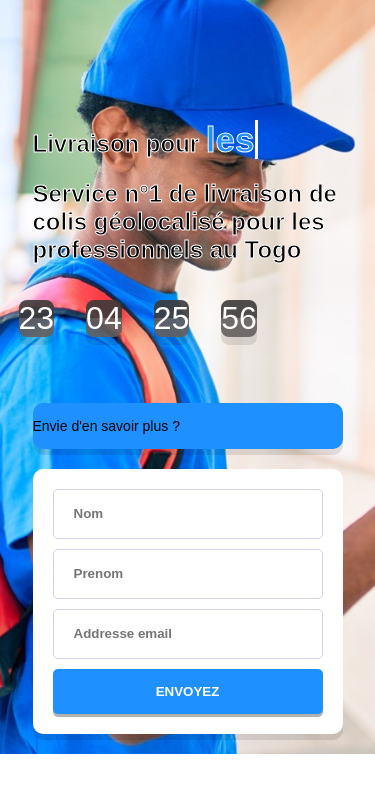
Repository: lawalalao/landpage
Page: index.html
These files come from the project's save history. The page is drawn as it stood at one moment and after the next save; the edit follows.
The browser window is 375 px wide. The pictures show the whole page.
Some web fonts or font styles are not loaded; a fallback is used.

Above is the page before, as saved 2021-01-15 15:51:22.
Console error: TypeError: Cannot read properties of null (reading 'addEventListener')

### index.html
<!DOCTYPE html>
<html lang="en">
<head>
    <meta charset="UTF-8">
    <meta name="viewport" content="width=device-width, initial-scale=1.0">
    <link rel="shortcut icon" type="image/x-icon" href="./assets/icone.png">

    <link href="./assets/fontawesome-free-5.15.1-web/css/all.css" rel="stylesheet">
    <link rel="preconnect" href="https://fonts.gstatic.com">
    <link href="https://fonts.googleapis.com/css2?family=Allerta+Stencil&display=swap" rel="stylesheet">
    <link rel="stylesheet" href="style.css">
    <!-- Primary Meta Tags -->
<title>chapchap.tg</title>
<meta name="title" content="chapchap.tg">
<meta name="description" content="Service n°1 de livraison de colis géolocalisé pour les professionnels au Togo.comingsoon">

<!-- Open Graph / Facebook -->
<meta property="og:type" content="website">
<meta property="og:url" content="https://metatags.io/">
<meta property="og:title" content="chapchap.tg">
<meta property="og:description" content="Service n°1 de livraison de colis géolocalisé pour les professionnels au Togo.comingsoon">
<meta property="og:image" content="https://metatags.io/assets/meta-tags-16a33a6a8531e519cc0936fbba0ad904e52d35f34a46c97a2c9f6f7dd7d336f2.png">

<!-- Twitter -->
<meta property="twitter:card" content="summary_large_image">
<meta property="twitter:url" content="https://metatags.io/">
<meta property="twitter:title" content="chapchap.tg">
<meta property="twitter:description" content="Service n°1 de livraison de colis géolocalisé pour les professionnels au Togo.comingsoon">
<meta property="twitter:image" content="https://metatags.io/assets/meta-tags-16a33a6a8531e519cc0936fbba0ad904e52d35f34a46c97a2c9f6f7dd7d336f2.png">
</head>
<body>

        <div class="nav" id="navbar">
            <nav class="navbar navbar-light bg-light">
            <a class="navbar-brand" href="#">
                <img src="./assets/logo.png" width="90" height="90" alt="logo" loading="lazy">
            </a>
            </nav>
            <div class="social">
                <a href="https://web.facebook.com/chapchap.tg" target="_blank" ><i class="fab fa-facebook-square"></i></a>
                <a href="https://www.instagram.com/chapchap_tg/" target="_blank"><i class="fab fa-instagram-square"></i></a>
                <a href="https://twitter.com/chapchap_tg" target="_blank"><i class="fab fa-twitter-square"></i></a>
                <a href="https://www.linkedin.com/company/chapchap-tg" target="_blank" ><i class="fab fa-linkedin"></i></a>
            </div>
        </div>

    <section class="signup">
        <div class="signup-intro">
            <h1 class="z">Livraison pour
                <span class="txt-type" data-wait="500" data-words='["les colis", "les plis", "les marchandises", "le retail", "le dernier Kilometre"]'></span>
            </h1>
            <h1 class="x">Service n°1 de livraison de colis géolocalisé pour les professionnels au Togo</h1>
             <div class="countdown"></div>

        </div>

        <div class="signup-form">
            <div class="tryit-banner">
                <p>Envie d'en savoir plus ? </p>
            </div>

            <form action="https://formspree.io/f/xleollba" method="POST"">
                <input type="text" name="name" placeholder="Nom">
                <input type="text" name="name" placeholder="Prenom">
                <input type="email" name="_replyto"placeholder="Addresse email" required>

                <button class="button">Envoyez</button>

            </form>
        </div>
    </section>
</body>
<script src="./app.js"></script>
<script>  var prevScrollpos = window.pageYOffset;
      window.onscroll = function() {

      var currentScrollpos = window.pageYOffset;
      if(prevScrollpos > currentScrollpos) {
            document.getElementById("navbar").style.top = "0";
      } else {
            document.getElementById("navbar").style.top = "-400px";
      }

      prevScrollpos = currentScrollpos;

      }</script>
</html>

### style.css
body {
    font-family: 'Allerta Stencil',
    sans-serif;
    max-width: 310px;
    margin: 0 auto;
    padding: 20px 20px;
    background: url("./assets/image.jpeg") center no-repeat;
    background-repeat: no-repeat;
    background-size: cover;
    color: Black;

}
.social i{
    color:#1E90FF;
    font-size:25px;
}

.social i:hover {
    color: rgb(25, 29, 238);
}
.nav {
    margin-top: 30px;
    position: fixed;
    z-index: 1000;
    top: 0;
    right: 30px;
    left: 40px;
    height: 35px;
    display: flex;
    flex-direction: row;
    justify-content: space-between;
    align-items: center;
    padding: 0 25px 0 25px;
    background-color: transparent;
    transition: top 0.3s;


}

.z{
    margin-top: 100px;
}
.nav a {
    float: left;
    font-size: 28px;
    font-weight: bold;
    margin-left: 25px;
    color: black;
    text-decoration: none;

}
.txt-type>.txt {
    font-size: 35px;
    color: #1E90FF;
    border-right: 0.2rem solid white;
}
h1{
    -webkit-text-stroke: 1px white;
    color:black;
}
p {
    font-size: 14px;
}

.tryit-banner {
    background-color:#1E90FF;
    border-radius: 10px;
    margin-top: 50px;
    box-shadow: 0px 6px 0px rgba(0, 0, 0, 0.1);
    font-size: 14px;
}

.tryit-banner p {
    padding: 15px 0;
}

input, button {
    font-family: 'Allerta Stencil',
    sans-serif;
}

form {
    background-color: #fff;
    margin-top: 20px;
    display: flex;
    flex-direction: column;
    padding: 20px;
    border-radius: 10px;
    box-shadow: 0px 6px 0px rgba(0, 0, 0, 0.1);
}

input {
    box-sizing: border-box;
    width: 100%;
    height: 50px;
    padding-left: 20px;
    font-weight: 600;
    border: 1px solid hsl(245, 35%, 87%);
    border-radius: 5px;
    margin-bottom: 10px;
    transition: 0.1s;
}

input:hover {
    border: 1px solid hsl(246, 25%, 77%);
}

.button {
    background-color:#1E90FF;
    font-family: 'Allerta Stencil',
    sans-serif;
    border: none;
    border-radius: 5px;
    box-shadow: 0px 3px 0px rgba(0, 0, 0, 0.3);
    padding: 15px 0;
    text-transform: uppercase;
    color: #fff;
    font-weight: 600;
    transition: 0.5s;
}

.button:hover {
    background-color:#042b52;
}

.form-disclaimer {
    color: hsl(246, 25%, 77%);
    font-size: 10px;
}

.terms {
    text-decoration: none;
    font-weight: 600;
    color: hsl(0, 100%, 74%);
}
.countdown {

    display: flex;
    margin-left: -30px;
    font-size: 30px;
    font-weight: 200;
}

.countdown div {

    background: linear-gradient(to bottom,
            rgba(61, 58, 58, 0.9) 50%,
            rgba(99, 93, 93, 0.9) 0);
    color: white;
    margin: 1rem 1rem 3rem 1rem;
    font-size: 3rem;
    font-weight: 400;
    display: flex;
    justify-content: center;
    align-items: center;
    box-shadow: 0px 8px 0px rgba(0, 0, 0, 0.1);
    border-radius: 8px;
    position: relative;
}

.countdown div::before {
    content: "";
    position: absolute;
    height: 0.24rem;
    background-color: #17181b;
}

.countdown div::after {
    content: attr(data-content);
    font-size: 6rem;
    font-weight: 400;
    position: absolute;
    bottom: -6rem;
}

@media screen and (max-width: 480px) {
    .countdown {
        font-size: 25px;
        display: flex;
    }
    .social{
        text-align:right;
    }
    .navbar-brand img {
        margin-top: 10px;
    }
    .countdown div {
        display: flex;
        margin: 1rem 1rem 1rem 1rem;
        font-size: 2rem;
        flex-direction: column;
    }

    .countdown div::after {
        font-size: 2rem;
        display: flex;
        flex-direction: column;
        width: 60%;

    }
}

@media screen and (min-width: 768px) {
    .countdown {
        font-size: 56px;
    }

    .countdown {
        font-size: 25px;
        display: flex;
    }

    .countdown div {
        display: flex;
        margin: 1rem 1rem 1rem 1rem;
        font-size: 3rem;
        flex-direction: column;
    }

    .countdown div::after {
        font-size: 2.2rem;
        display: flex;
        flex-direction: column;
        width: 60%;
    }

    .signup {
        text-align: center;
    }
}

@media screen and (min-width: 1024px) {
    header .content .countdown {
        font-size: 72px;

    }
}

@media screen and (min-width: 1280px) {
    .content .countdown {
        font-size: 56px;
    }
}
@media screen and (min-width: 900px) {
    .nav{
        height: 80px;
    }
    .nav a {
        float: left;
        font-size: 40px;
        font-weight: bold;
        margin-left: 25px;
        color: black;
        text-decoration: none;

    }
    .signup {
        display: flex;
        justify-content: space-between;
    }

    .signup-intro {
        margin-top: 25px;
        width: 100%;
        margin-left: 10px;
        display: flex;
        flex-direction: column;
        justify-content: center;
        text-align: left;
    }

    .signup-form {
        width: 46%;
        font-family: 'Allerta Stencil',
        sans-serif;
        margin-top: 10px;
    }
    form {
        padding: 30px;
    }

    body {
        margin:100px auto;
        max-width: 1000px;
        padding: 40px 20px;
        background: url("./assets/image.jpeg") ;
        background-repeat: no-repeat;
        background-size: cover;
        font-family: 'Allerta Stencil',
        sans-serif;
    }

    h1 {
        font-size:45px;
        margin-bottom: 0px;
        -webkit-text-stroke: 1px white;
        color:black;
    }

    p {
        font-size: 20px;
    }
}

### app.js
const countdown = document.querySelector(".countdown");

const interval = setInterval(() => {
  const deadline = new Date(2021,01, 05, 00, 00, 00);

  const current = new Date();

  const diff = deadline - current;

  const days = Math.floor(diff / (1000 * 60 * 60 * 24)) + "";
  const hours = Math.floor((diff / (1000 * 60 * 60)) % 24) + "";
  const minutes = Math.floor((diff / (1000 * 60)) % 60) + "";
  const seconds = Math.floor((diff / 1000) % 60) + "";

  countdown.innerHTML = `
    <div data-content="">${days.length === 1 ? `0${days}` : days}</div>
    <div data-content="">${hours.length === 1 ? `0${hours}` : hours}</div>
    <div data-content="">${
      minutes.length === 1 ? `0${minutes}` : minutes
    }</div>
    <div data-content="">${
      seconds.length === 1 ? `0${seconds}` : seconds
    }</div>
`;

  if (diff < 0) {
    clearInterval(interval);
    countdown.innerHTML = "<h1>Here We Go!!!</h1>";
  }

  document.querySelector(".reset").addEventListener("click", () => {
    clearInterval(interval);

    const divs = document.querySelectorAll(".countdown div");

    divs.forEach((div) => {
      div.innerHTML = "00";
    });
  });
}, 1000);


// ES6 Class
class TypeWriter {
  constructor(txtElement, words, wait = 3000) {
    this.txtElement = txtElement;
    this.words = words;
    this.txt = '';
    this.wordIndex = 0;
    this.wait = parseInt(wait, 10);
    this.type();
    this.isDeleting = false;
  }

  type() {
    // Current index of word
    const current = this.wordIndex % this.words.length;
    // Get full text of current word
    const fullTxt = this.words[current];

    // Check if deleting
    if(this.isDeleting) {
      // Remove char
      this.txt = fullTxt.substring(0, this.txt.length - 1);
    } else {
      // Add char
      this.txt = fullTxt.substring(0, this.txt.length + 1);
    }

    // Insert txt into element
    this.txtElement.innerHTML = `<span class="txt">${this.txt}</span>`;

    // Initial Type Speed
    let typeSpeed = 300;

    if(this.isDeleting) {
      typeSpeed /= 2;
    }

    // If word is complete
    if(!this.isDeleting && this.txt === fullTxt) {
      // Make pause at end
      typeSpeed = this.wait;
      // Set delete to true
      this.isDeleting = true;
    } else if(this.isDeleting && this.txt === '') {
      this.isDeleting = false;
      // Move to next word
      this.wordIndex++;
      // Pause before start typing
      typeSpeed = 500;
    }

    setTimeout(() => this.type(), typeSpeed);
  }
}


// Init On DOM Load
document.addEventListener('DOMContentLoaded', init);

// Init App
function init() {
  const txtElement = document.querySelector('.txt-type');
  const words = JSON.parse(txtElement.getAttribute('data-words'));
  const wait = txtElement.getAttribute('data-wait');
  // Init TypeWriter
  new TypeWriter(txtElement, words, wait);
}

Loaded but not shown: assets/fontawesome-free-5.15.1-web/css/all.css (library)

After the next save:
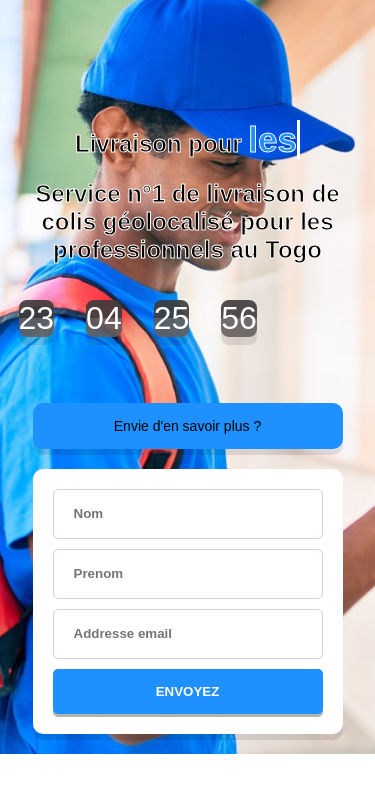
Saved 13 s later.
--- a/style.css
+++ b/style.css
@@ -178,6 +178,9 @@
         font-size: 25px;
         display: flex;
     }
+    body{
+        text-align: center;
+    }
     .social{
         text-align:right;
     }

After the 4 saves that followed:
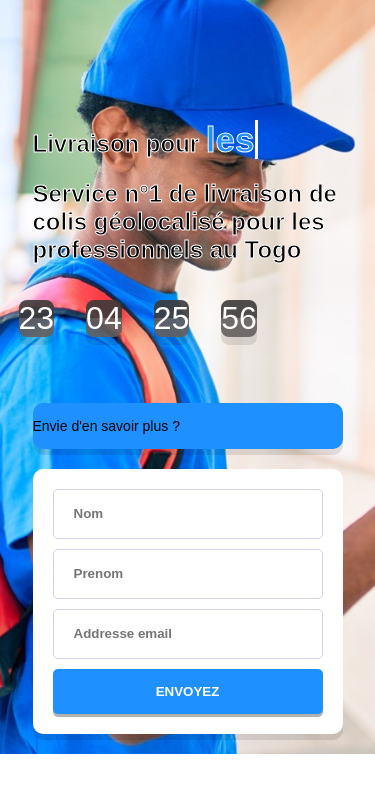
The 4 saves are shown as one change because 3 left the picture as it was.
The last was saved 75 s later.
--- a/style.css
+++ b/style.css
@@ -178,11 +178,8 @@
         font-size: 25px;
         display: flex;
     }
-    body{
-        text-align: center;
-    }
     .social{
-        text-align:right;
+        margin-left: 25px;
     }
     .navbar-brand img {
         margin-top: 10px;
